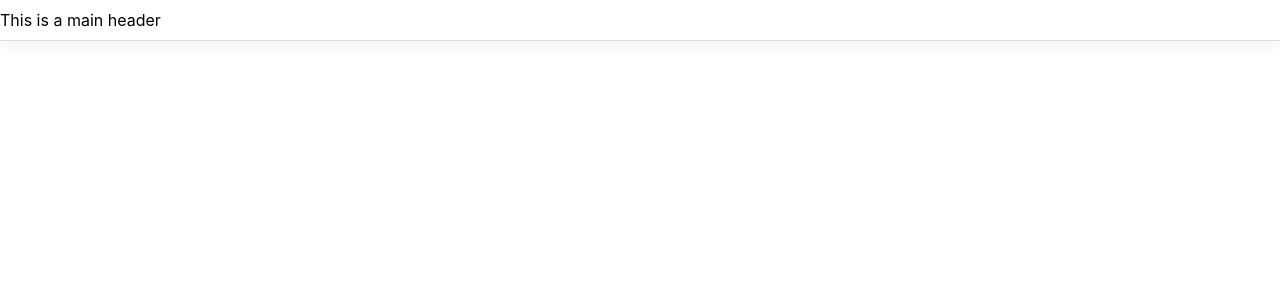
Repository: ChathurangaCPM/developer-forum
Page: / (app in client/)
An editor plug-in stored every save of this project. The page is shown before and after the next save, followed by the edit.
The browser window is 1280 px wide. The pictures show the whole page.
The project was rebuilt for these pictures with package versions that can differ from the ones it lists, and the page was loaded fresh each time.

Above is the page before, as saved 2022-05-09 20:32:18.

### client/public/index.html
<!DOCTYPE html>
<html lang="en">
  <head>
    <meta charset="utf-8" />
    <link rel="icon" href="%PUBLIC_URL%/favicon.ico" />
    <meta name="viewport" content="width=device-width, initial-scale=1" />
    <meta name="theme-color" content="#000000" />
    <meta
      name="description"
      content="Web site created using create-react-app"
    />
    <link rel="apple-touch-icon" href="%PUBLIC_URL%/logo192.png" />
    <link rel="manifest" href="%PUBLIC_URL%/manifest.json" />

    <title>React App</title>
  </head>
  <body>
    <noscript>You need to enable JavaScript to run this app.</noscript>
    <div id="root"></div>

  </body>
</html>

### client/src/App.js
import MainHeader from "./components/MainHeader/MainHeader";
import SideBar from "./components/SideBar/SideBar";
import './App.css';

function App() {
	return (
		<div className="main_wrapper">
			<MainHeader/>
			<div className="side_bar">
				<SideBar/>
			</div>
			<div className="main_content_area">

			</div>
		</div>
	);
}

export default App;

### client/src/components/MainHeader/MainHeader.js
import '../../scss/componets/MainHeader/MainHeader.min.css';

function MainHeader() {
	return (
		<div className="main_header">
            This is a main header
		</div>
	);
}

export default MainHeader;

### client/src/components/SideBar/SideBar.js
function SideBar() {
	return (
		<div className="main_sidebar_wrapper">
			<div className="menu_area">
                <ul>
                    <li>ABS</li>
                </ul>
            </div>
		</div>
	);
}

export default SideBar;

### client/src/App.css
:root {
	--primary-color: #fff;
	--secondary-color: #ddd;
	--border-color: #dcdcdc;
}

.main_wrapper {
	display: flex;
}

### client/src/scss/componets/MainHeader/MainHeader.min.css
.main_header{padding:10px 0;border-bottom:1px solid var(--border-color);-webkit-box-shadow:0px 4px 20px 0px rgba(0,0,0,0.06);box-shadow:0px 4px 20px 0px rgba(0,0,0,0.06);position:fixed;top:0;width:100%;z-index:10px;background:#fff}.main_header .wrap_middle{max-width:70%;margin:0 auto;display:-webkit-box;display:-ms-flexbox;display:flex;-webkit-box-align:center;-ms-flex-align:center;align-items:center}.main_header .wrap_middle .main_logo{width:250px}.main_header .wrap_middle .main_logo span{font-size:25px;font-weight:bold;text-transform:uppercase}.main_header .wrap_middle .search_form{width:calc(100% - 500px)}.main_header .wrap_middle .search_form input{border:none;font-size:16px;line-height:16px;height:35px;border-radius:20px;outline:none;background:var(--border-color);padding:0 15px}.main_header .wrap_middle .user_pro{width:250px;display:-webkit-box;display:-ms-flexbox;display:flex;-webkit-box-align:center;-ms-flex-align:center;align-items:center;-webkit-box-pack:end;-ms-flex-pack:end;justify-content:flex-end}.main_header .wrap_middle .user_pro img{width:40px;height:40px;border-radius:100%;overflow:hidden}.main_header .wrap_middle .user_pro span{padding-left:10px;font-weight:500}

Loaded but not shown: client/src/index.js (common file); client/src/index.css (common file); client/src/reportWebVitals.js (common file)

After the next save:
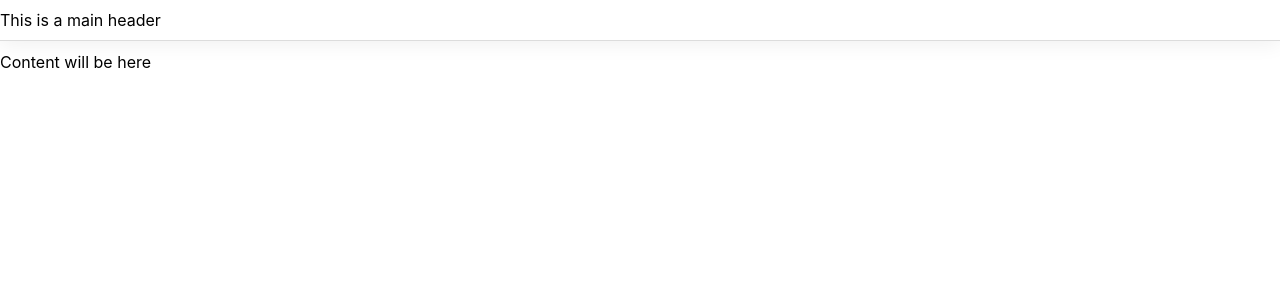
Saved 46 s later.
--- a/client/src/App.js
+++ b/client/src/App.js
@@ -6,11 +6,13 @@ function App() {
 	return (
 		<div className="main_wrapper">
 			<MainHeader/>
-			<div className="side_bar">
-				<SideBar/>
-			</div>
-			<div className="main_content_area">
-
+			<div className="wrap_inner_data">
+				<div className="side_bar">
+					<SideBar/>
+				</div>
+				<div className="main_content_area">
+					Content will be here
+				</div>
 			</div>
 		</div>
 	);

After the save that followed:
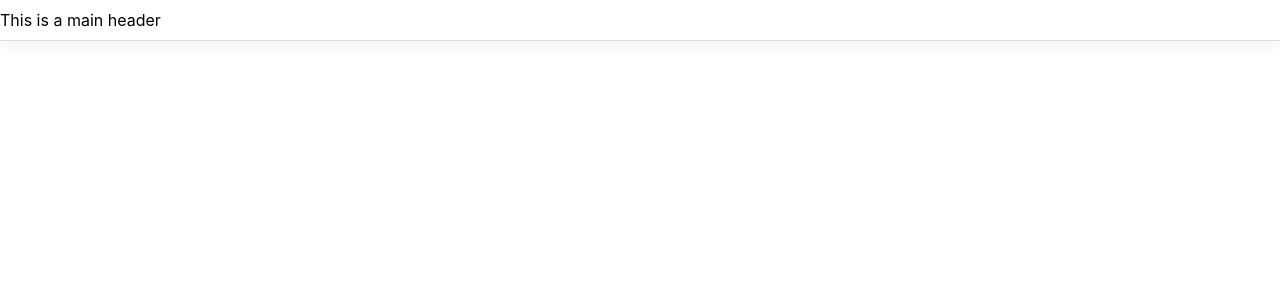
Saved 2 s later.
--- a/client/src/App.css
+++ b/client/src/App.css
@@ -4,6 +4,6 @@
 	--border-color: #dcdcdc;
 }
 
-.main_wrapper {
+.main_wrapper .wrap_inner_data{
 	display: flex;
 }
